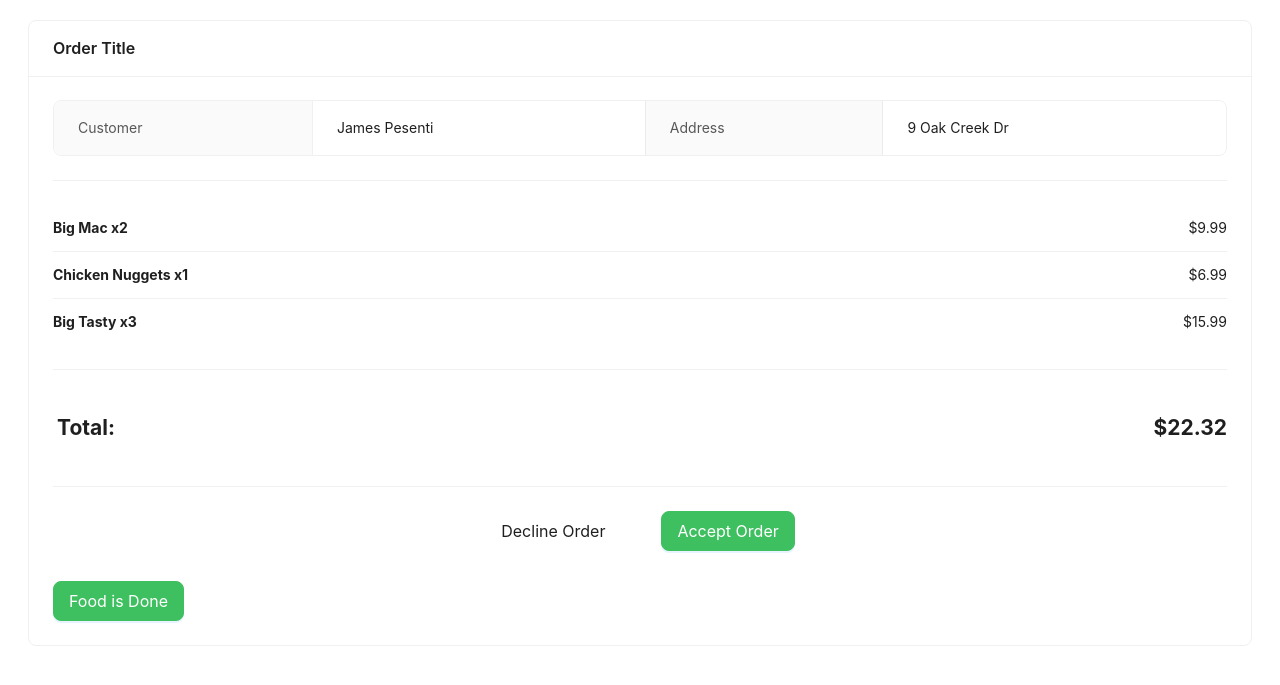
Repository: JamesPesenti/UberEatsDashboard
Page: /menu
These files come from the project's save history. The page is drawn as it stood at one moment and after the next save; the edit follows.
The browser window is 1280 px wide. The pictures show the whole page.
The project was rebuilt for these pictures with package versions that can differ from the ones it lists, and the page was loaded fresh each time.

Above is the page before, as saved 2023-02-25 07:21:36.

After the next save:
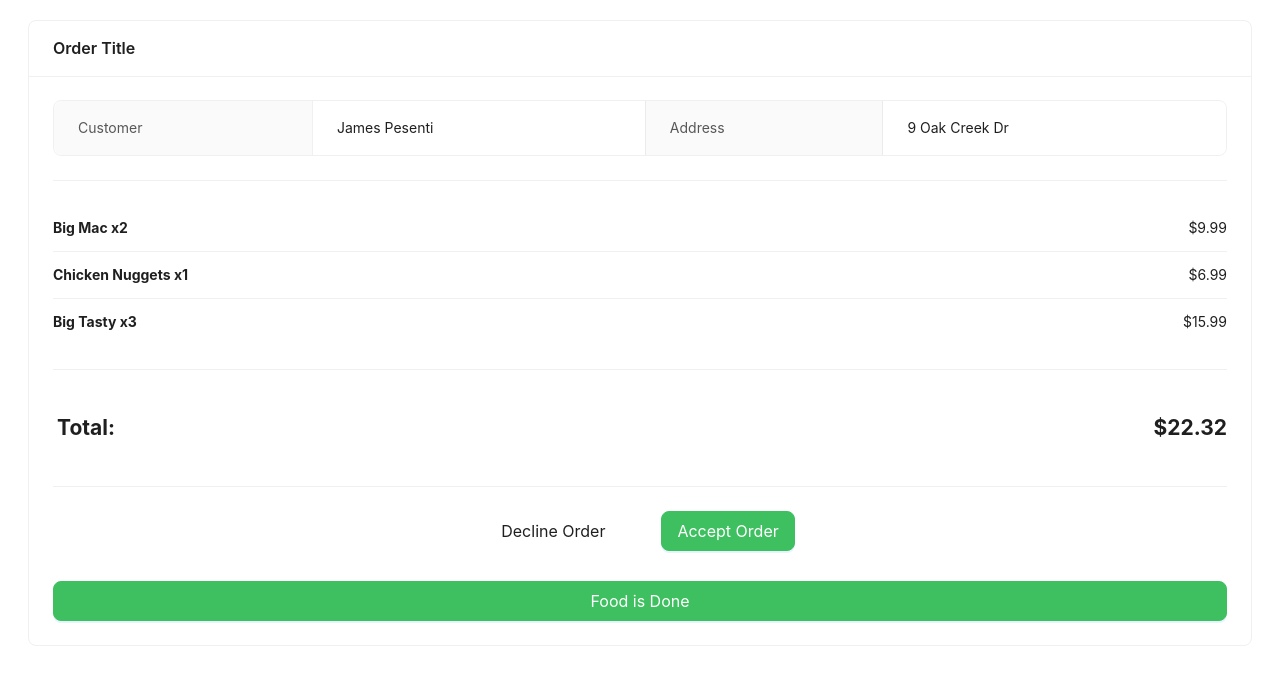
Saved 22 s later.
--- a/src/App.js
+++ b/src/App.js
@@ -34,7 +34,7 @@ function App() {
               Accept Order
             </Button>
         </div>
-          <Button type="primary" size="large">
+          <Button block type="primary" size="large">
             Food is Done
           </Button>
       </Card>
